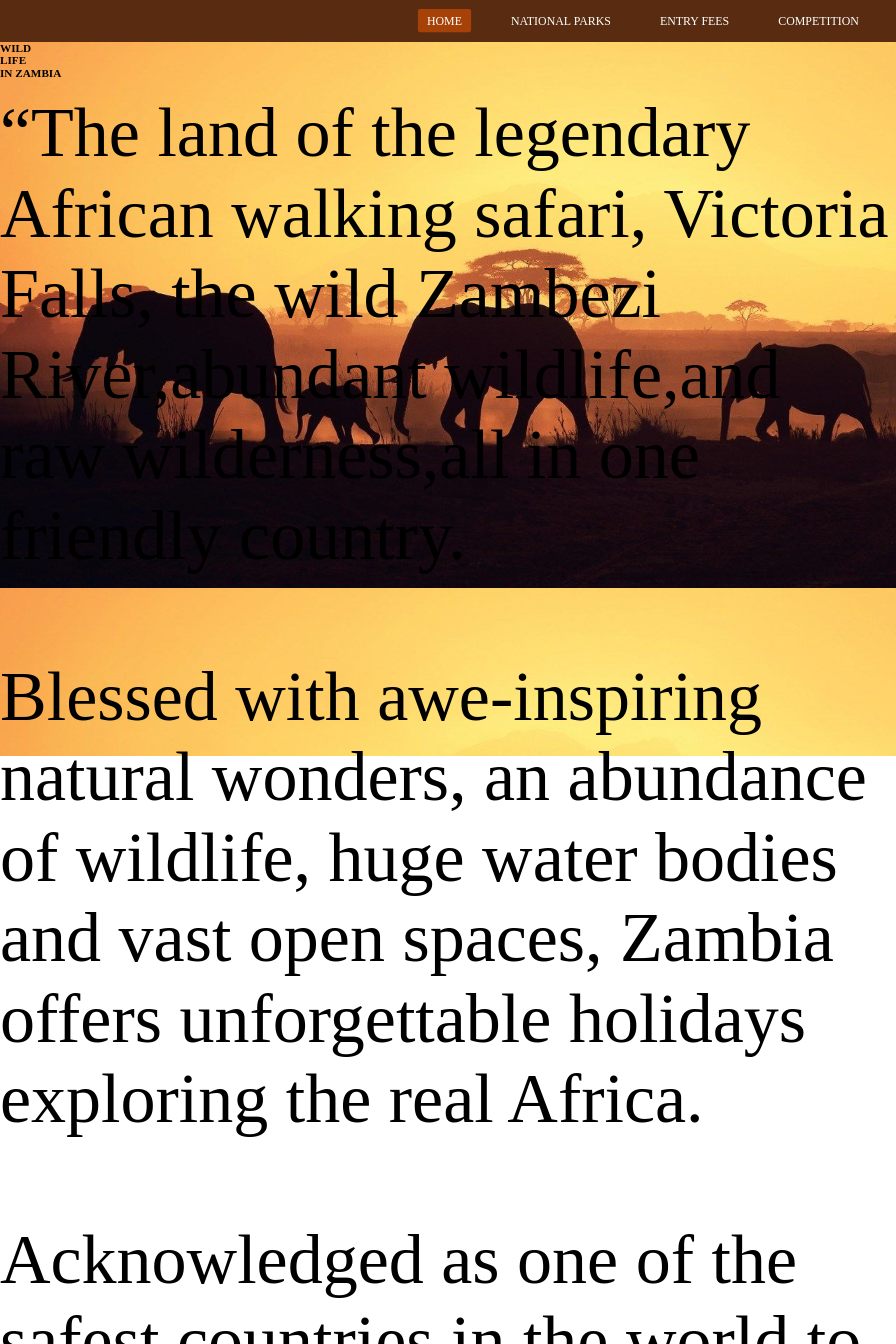
Repository: Lungdjos/web_assignment_3rd_yr
Page: home/index.html
The author's editor kept a copy of each file at every save. The page is drawn from the files as they stood at one save, then again after a run of saves.
The browser window is 1280 px wide. The pictures show the part of the page from y = 0 to 1920 px (the page is 4502 px tall before and 1080 px after), at 70% of full size.
Some web libraries are served in a nearby version.

Above is the page before, as saved 2021-06-18 15:14:06.

After the next 7 saves:
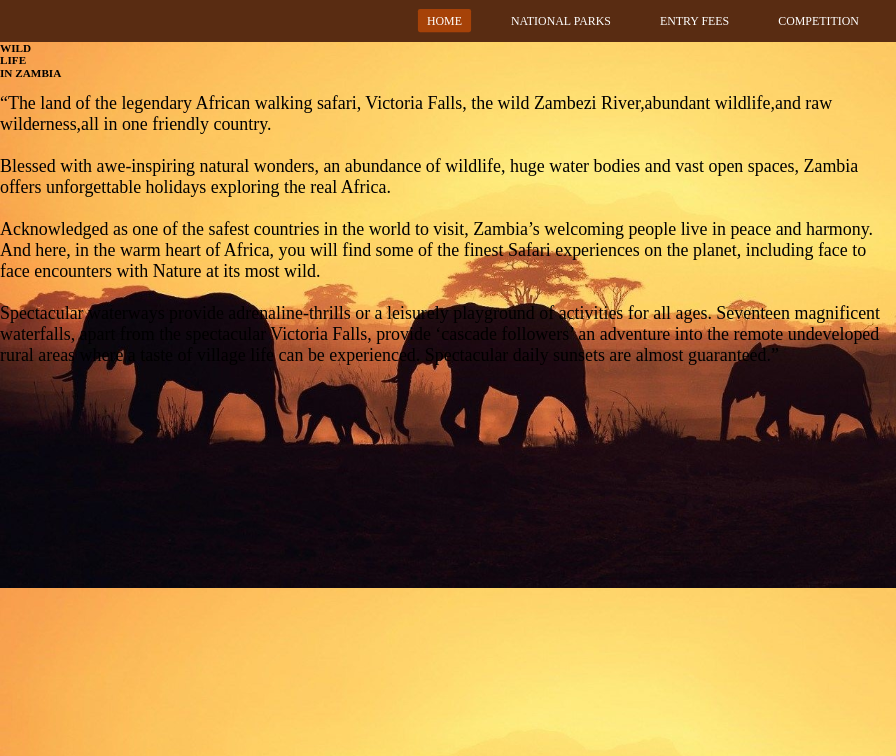
The 7 saves are shown as one change because they came seconds apart.
The last was saved 39 s later.
--- a/home/index.css
+++ b/home/index.css
@@ -159,5 +159,5 @@
 
     .para2 {
         font-variant-position: initial;
-        font-size: 100px
+        font-size: 1.6em;
     }
